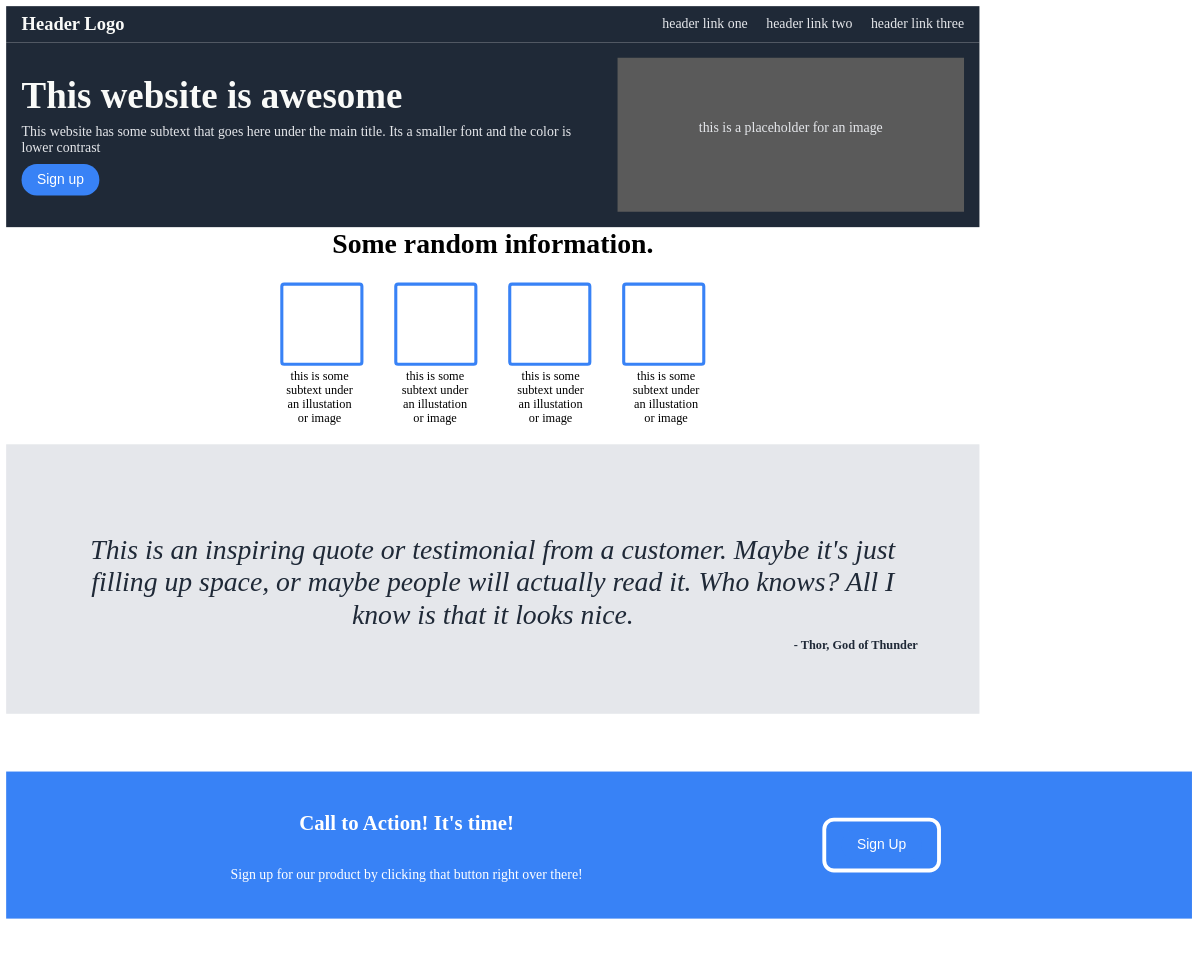
Repository: mnhardy1504/odin-recipes1
Page: flexboxlanding/index.html
These files come from the project's save history. The page is drawn as it stood at one moment and after the next save; the edit follows.
The browser window is 1280 px wide. The page is 1548 px wide, so the pictures cover 1548 px, including what lies to the right of the window. The pictures show the whole page, at 77% of full size.

Above is the page before, as saved 2023-09-15 14:35:44.

### flexboxlanding/index.html
<!DOCTYPE html>
<html>

<head>
    <meta charset="UTF-8">
    <link rel="stylesheet" href="index.css">
</head>

<body>
    <div class="header">
        <div class="header-logo"><strong>Header Logo</strong></div>
        <div class="header-links">
            <a href="#">header link one</a>
            <a href="#">header link two</a>
            <a href="#">header link three</a>
        </div>
    </div>

    <div class="flexbox-section">
        <div class="flexbox-content">
            <h1>This website is awesome</h1>
            <p class="subtext">This website has some subtext that goes here under the main title. Its a smaller font and
                the color is lower contrast</p>
            <button>Sign up</button>
        </div>
        <div class="image-container">
            <div class="image-placeholder">
                <div class="image-text">this is a placeholder for an image</div>
            </div>
        </div>
    </div>

    <div class="random"><strong>Some random information.</strong></div>

    <div class="square-container">
        <div class="square">
            <div class="square-text">
            </div>
        </div>
        <div class="square">
            <div class="square-text">
            </div>
        </div>
        <div class="square">
            <div class="square-text">
            </div>
        </div>
        <div class="square">
            </div>
        </div>
        <div class="text-container">
            <div class="text-box">this is some subtext under an illustation or image</div>
            <div class="text-box">this is some subtext under an illustation or image</div>
            <div class="text-box">this is some subtext under an illustation or image</div>
            <div class="text-box">this is some subtext under an illustation or image</div>
        </div>
    </div>
    <div class="quote-section">
        <p class="quote-text">
            This is an inspiring quote or testimonial from a customer. Maybe it's just filling up space, or maybe people
            will actually read it. Who knows? All I know is that it looks nice.
        </p>
        <div class="quote-author">
            <strong>- Thor, God of Thunder</strong>
        </div>
    </div>

    <div class="call-to-action-box">
        <div class="call-to-action-content">
            <h2>Call to Action! It's time!</h2>
            <p>Sign up for our product by clicking that button right over there!</p>
        </div>
        <div class="call-to-action-button">
            <button>Sign Up</button>
        </div>
    </div>
</body>

</html>

### flexboxlanding/index.css
.header {
    background-color: #1F2937; /* Header background color */
    color: white; /* Text color inside the header */
    display: flex;
    justify-content: space-between; /* Space between logo and links */
    align-items: center;
    padding: 10px 20px; /* Add padding to the header */
}

.header-logo {
    font-size: 24px;
     color: #f9faf8;
     margin-right: 20px;
}

.header-links a {
    text-decoration: none; /* Remove underlines from links */
    font-size: 18px;
    color: #e5e7eb;
    margin-left: 20px; /* Add spacing between links */
}

.header-links a:hover {
    text-decoration: underline;
}

.flexbox-section {
    background-color: #1F2937; /* Background color for the flexbox section */
    color: #f9faf8; /* Text color inside the flexbox section */
    display: flex;
    justify-content: space-between; /* Space between content and image */
    align-items: center;
    padding: 20px; /* Add padding to the flexbox section */
}

.flexbox-content {
    max-width: 60%; /* Adjust the maximum width of the content */
}

h1 {
    font-size: 48px;
    font-weight: bold; /* Extra-bold */
    margin: 0; /* Remove default margin */
}

.subtext {
    font-size: 18px;
    color: #e5e7eb; /* Subtext color */
    margin: 10px 0; /* Add spacing around subtext */
}

.image-container {
    display: flex;
    align-items: center; /* Vertically align content if needed */
}

.image-placeholder {
    width: 450px;
    height: 200px;
    background-color: #5A5A5A;
}

.image-text {
    font-size: 18px;
    color: #e5e7eb;
    text-align: center;
    padding: 80px;
}

.square-container {
    display: flex;
    justify-content:center;
    align-items: center;
    flex-wrap: wrap;
    background-color: white;
    padding: 10px;
}

.square {
    width: 100px;
    height: 100px;
    background-color: white;
    border: 4px solid #3882F6;
    text-align: center;
    display: flex;
    flex-direction: column;
    justify-content: space-between;
    align-items: center;
    color: white;
    margin: 20px;
    border-radius: 5px;
}

.text-container {
    display: flex;
    justify-content: center;
    align-items: center;
    flex-wrap: wrap;
    margin-top: -50px;
}

.text-box {
    width: 100px;
    text-align: center;
    margin: 25px;
}

.random {
    text-align: center;
    justify-content: center;
    font-size: 36px
}

.quote-section {
    background-color: #e5e7eb;
    padding: 80px;
    text-align: center;
}

.quote-text {
    font-size: 36px;
    font-style: italic;
    color: #1F2937;
    margin-bottom: 10px;
}

.quote-author {
    font-style: light italic;
    color: #1F2937;
    text-align: right;
    font-weight: 800;
}

.call-to-action-box {
    display: flex; /* Use flexbox for layout */
    background-color: #3882F6; /* White background for the container */
    padding: 20px;
    width: 1500px;
    margin: 75px auto;
}

.call-to-action-content {
    flex-grow: 1; /* Make this div expand to fill the available space */
    display: flex; /* Use flexbox within the container */
    flex-direction: column; /* Stack items vertically */
    align-items: center; /* Center items horizontally */
    justify-content: center; /* Center items vertically */
    max-width: 1000px;
    font-size: 18px;
    color: white;
}

.call-to-action-button {
    background-color: #3882F6; /* Blue background for the button */
    color: white;
    padding: 10px 20px; /* Adjust padding if needed */
    border: 5px solid white; /* Set border style and color */
    border-radius: 15px;
    font-size: 18px;
    cursor: pointer;
    height: 100; /* Adjust the height to your preference */
    margin: 40px;
}


/* Add hover effect to the button */
.call-to-action-content button:hover {
    background-color: #1F5CFF; /* Darker blue on hover */
}

button {
    background-color: #3882F6;
    color: white;
    padding: 10px 20px;
    border: white;
    border-radius: 20px;
    font-size: 18px;
    cursor: pointer;
    align-items: right;
    text-align: right;
}

button:hover {
    background-color: #3882F6
}

After the next save:
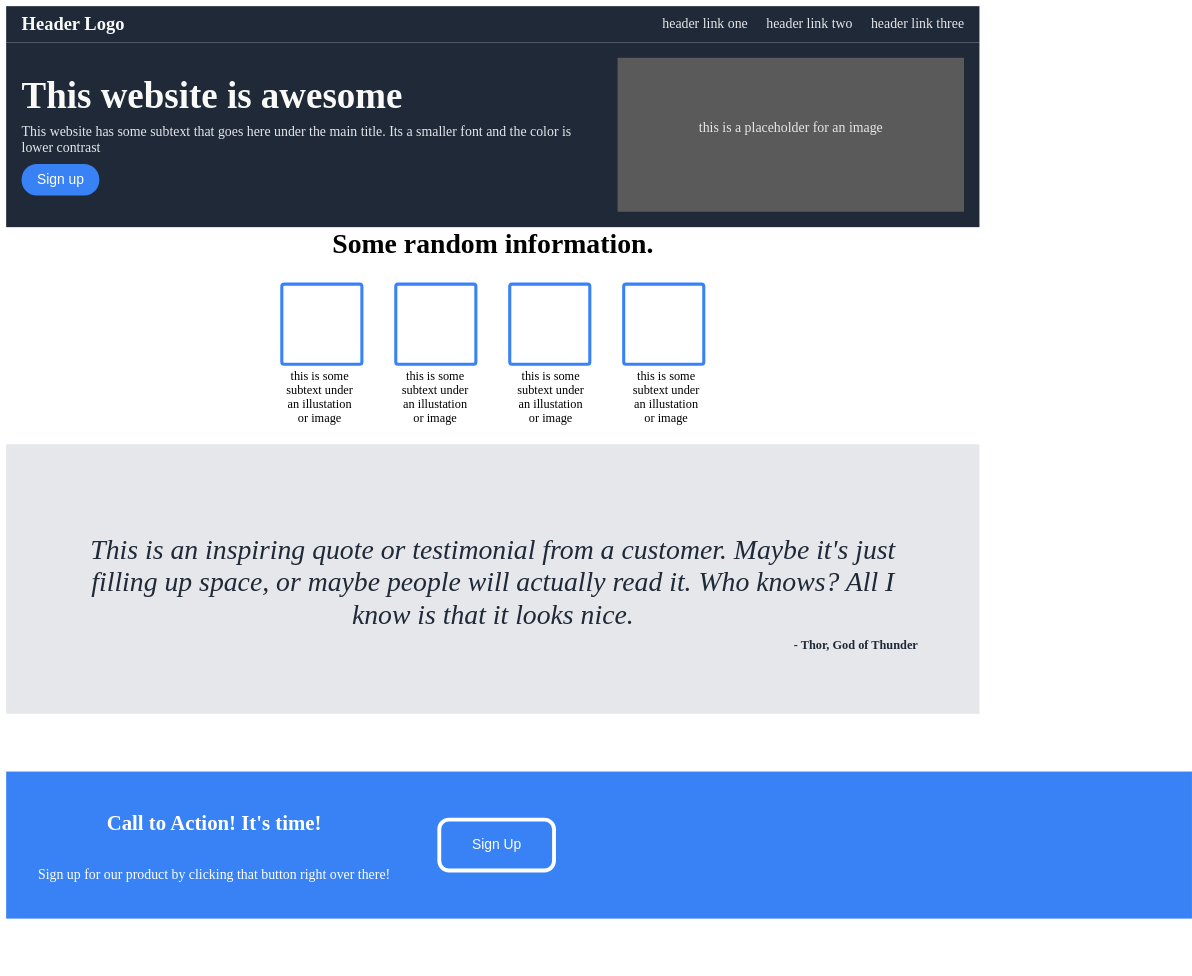
Saved 11 s later.
--- a/flexboxlanding/index.css
+++ b/flexboxlanding/index.css
@@ -145,7 +145,7 @@
     flex-direction: column; /* Stack items vertically */
     align-items: center; /* Center items horizontally */
     justify-content: center; /* Center items vertically */
-    max-width: 1000px;
+    max-width: 500px;
     font-size: 18px;
     color: white;
 }

After the save that followed:
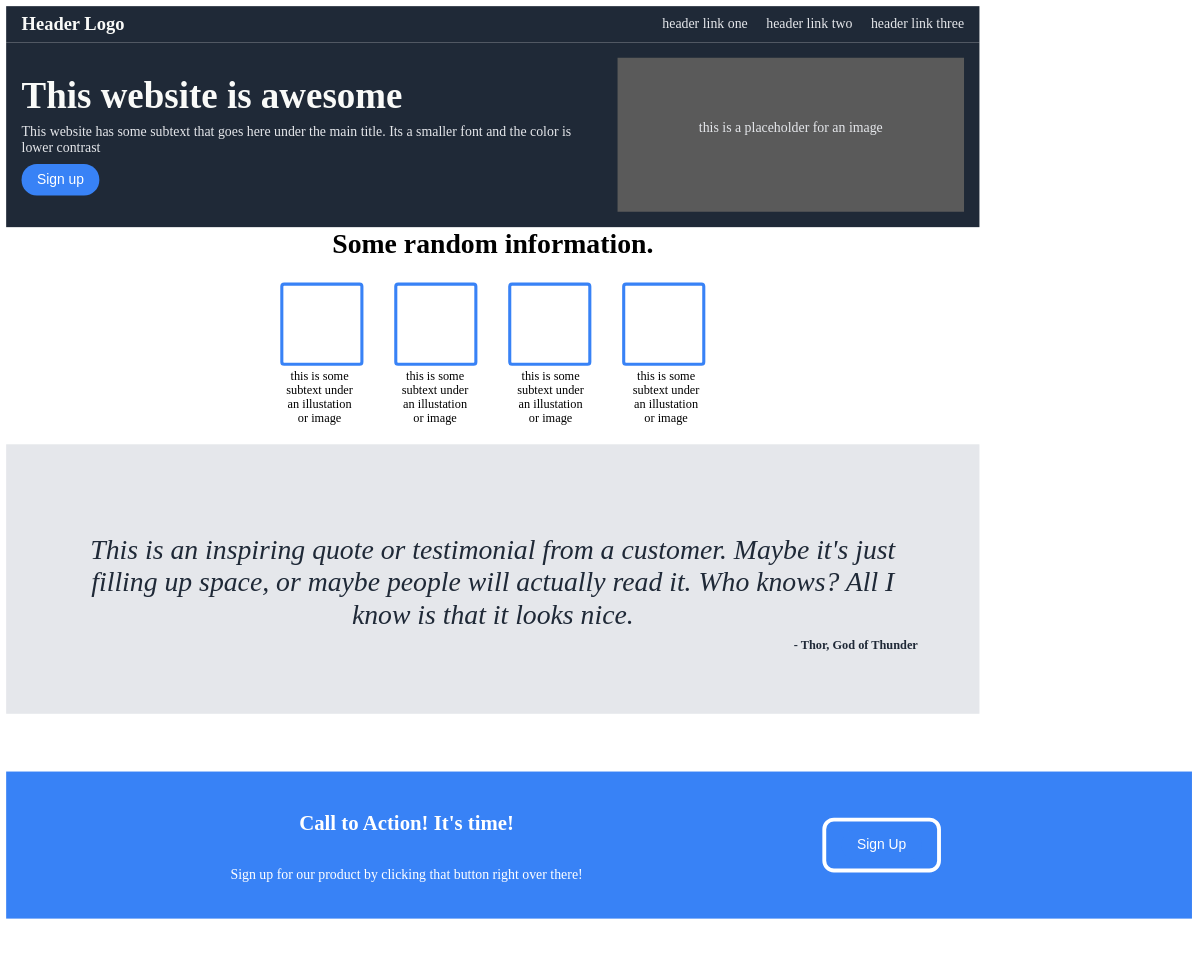
Saved 12 s later.
--- a/flexboxlanding/index.css
+++ b/flexboxlanding/index.css
@@ -145,7 +145,7 @@
     flex-direction: column; /* Stack items vertically */
     align-items: center; /* Center items horizontally */
     justify-content: center; /* Center items vertically */
-    max-width: 500px;
+    max-width: 1000px;
     font-size: 18px;
     color: white;
 }
